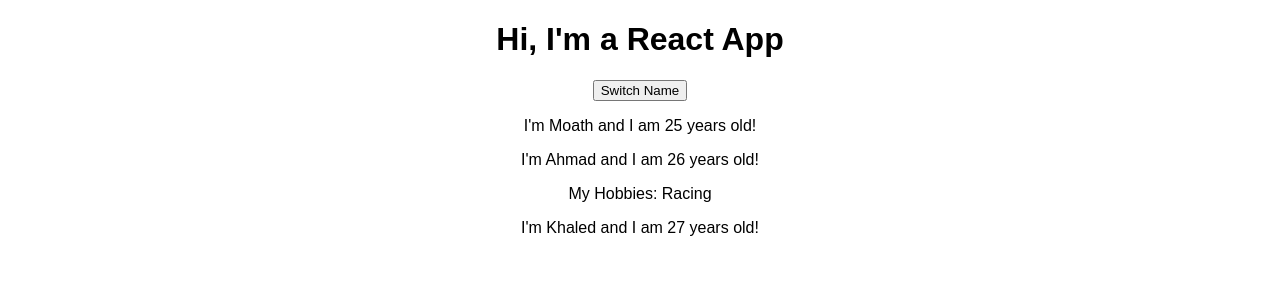
Repository: MuathYHKefayah/React-Basics
Page: /
The author's editor kept a copy of each file at every save. The page is drawn from the files as they stood at one save, then again after the next save.
The browser window is 1280 px wide. The pictures show the whole page.
The project was rebuilt for these pictures with package versions that can differ from the ones it lists, and the page was loaded fresh each time.

Above is the page before, as saved 2020-12-10 11:32:55.

After the next save:
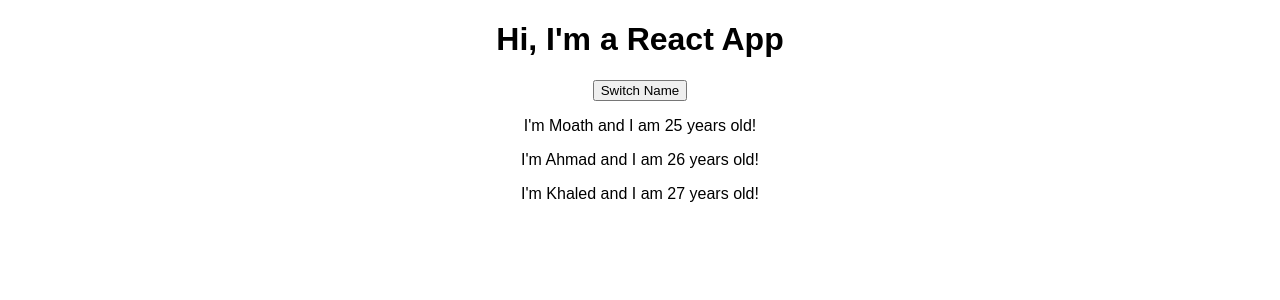
Saved 29 min 28 s later.
--- a/src/App.js
+++ b/src/App.js
@@ -3,15 +3,25 @@
 import Person from './Person/Person';
 
 class App extends Component {
+  state = {
+     persons: [
+       { name:'Moath', age: 25},
+       { name:'Ahmad', age: 26},
+       { name:'Khaled', age: 27},
+     ]
+  }
+
+
   render() {
     return (
       // jsx \\ write html code in js file
       <div className="App">
         <h1>Hi, I'm a React App</h1>
         <button>Switch Name</button>
-        <Person name="Moath" age="25"/>
-        <Person name="Ahmad" age="26">My Hobbies: Racing</Person>
-        <Person name="Khaled" age="27"/>
+        <Person name={this.state.persons[0].name} age={this.state.persons[0].age}/>
+        <Person name={this.state.persons[1].name} age={this.state.persons[1].age}/>
+        <Person name={this.state.persons[2].name} age={this.state.persons[2].age}/>
+
       </div>
     );
     //return React.createElement('div', {className: 'App'} , React.createElement('h1', null , 'Hi, I\'m a React App !!!' ))

After the save that followed:
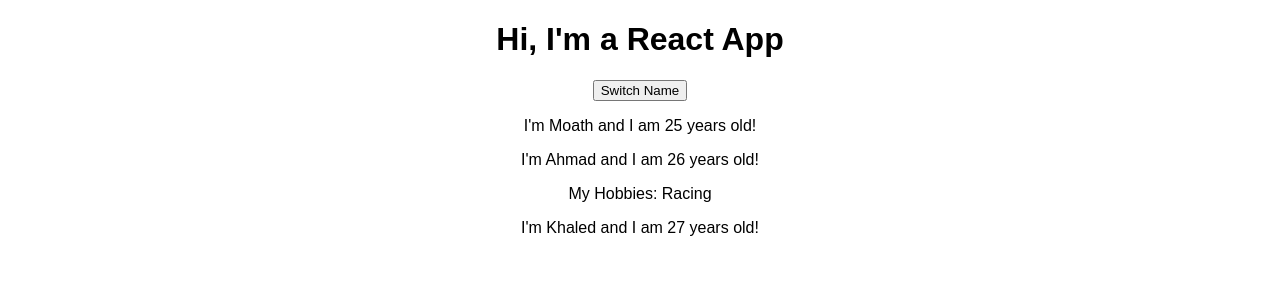
Saved 51 s later.
--- a/src/App.js
+++ b/src/App.js
@@ -19,7 +19,7 @@
         <h1>Hi, I'm a React App</h1>
         <button>Switch Name</button>
         <Person name={this.state.persons[0].name} age={this.state.persons[0].age}/>
-        <Person name={this.state.persons[1].name} age={this.state.persons[1].age}/>
+        <Person name={this.state.persons[1].name} age={this.state.persons[1].age}>My Hobbies: Racing</Person>
         <Person name={this.state.persons[2].name} age={this.state.persons[2].age}/>
 
       </div>
